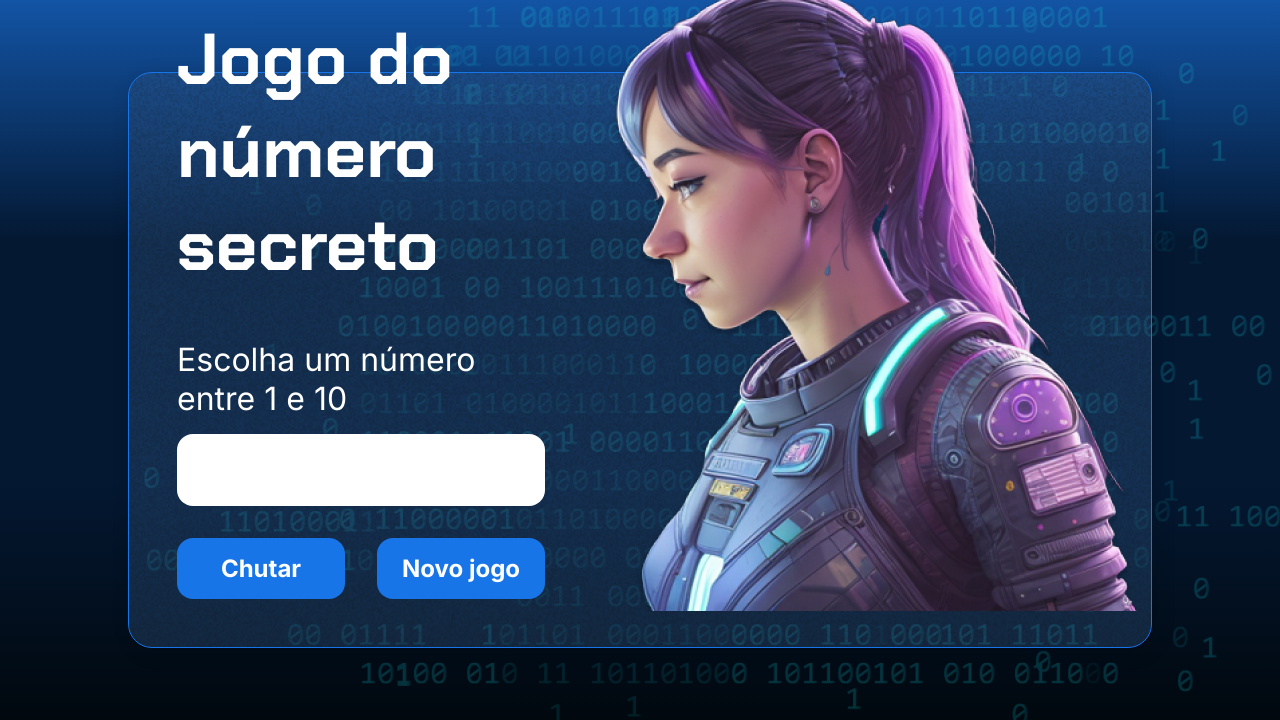
Repository: phsmottanerd/Jogo-Secreto
Page: index.html
An editor plug-in stored every save of this project. The page is shown before and after the next save, followed by the edit.
The browser window is 1280 px wide. The pictures show the whole page.

Above is the page before, as saved 2025-01-18 03:37:16.

After the next save:
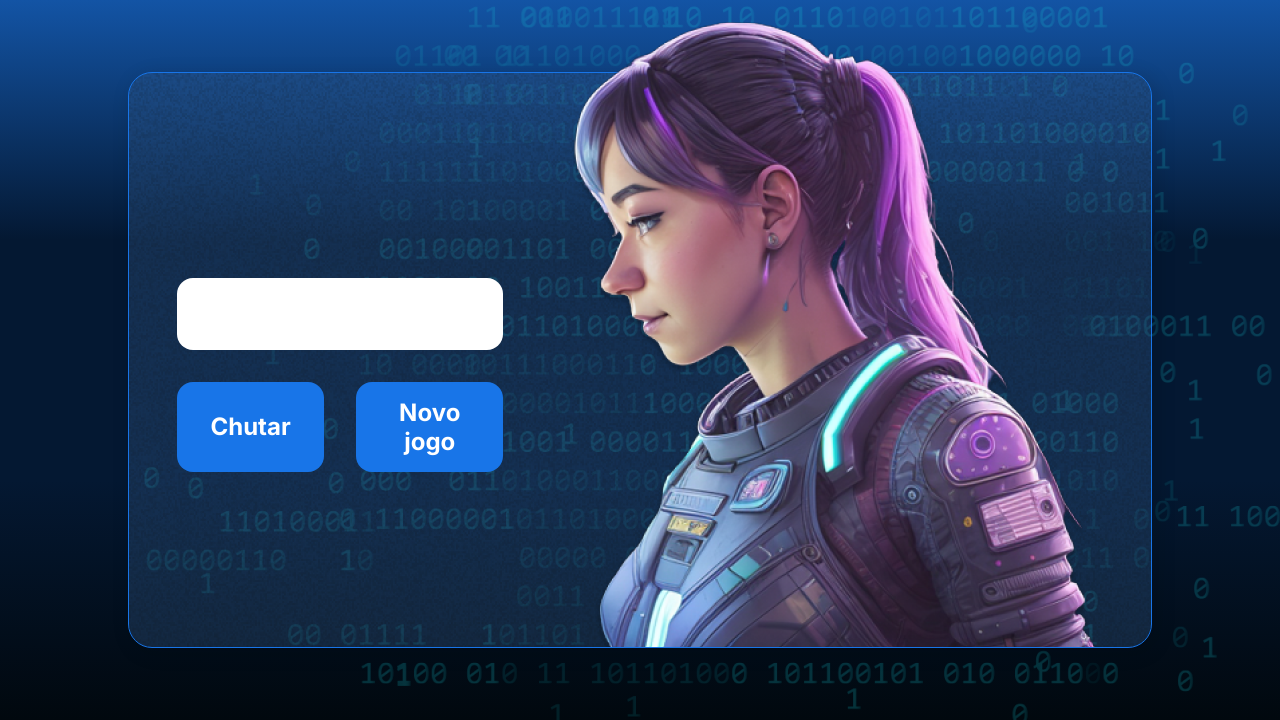
Saved 3 min 36 s later.
--- a/app.js
+++ b/app.js
@@ -6,9 +6,10 @@
    campo.innerHTML = texto;
 }
 
+function exibirMenssagemInicial(){
 exibirTextoNaTela('h1', 'Jogo do número secreto');
 exibirTextoNaTela('p', 'Escolha um número entre 1 e 10');
-
+}
 function verificarChute() {
    let chute = document.querySelector('input').value;
    if (chute == numeroSecreto) {

After the save that followed:
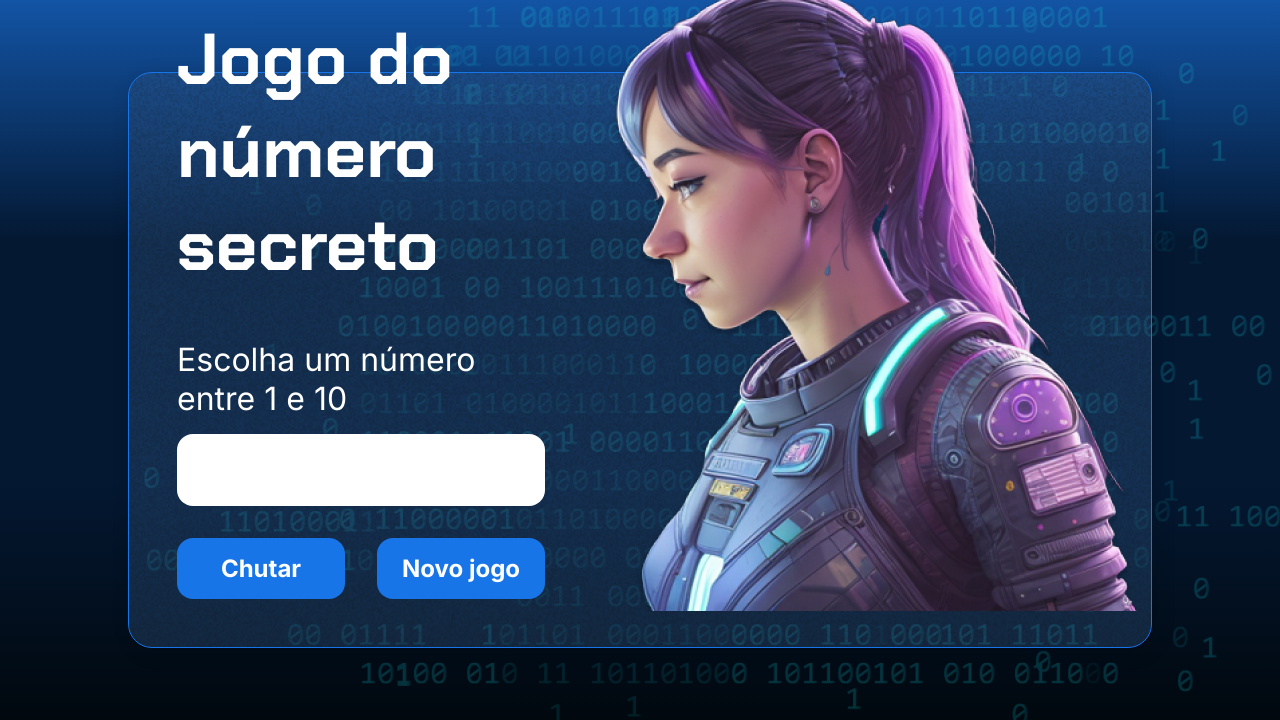
Saved 33 s later.
--- a/app.js
+++ b/app.js
@@ -7,9 +7,11 @@
 }
 
 function exibirMenssagemInicial(){
-exibirTextoNaTela('h1', 'Jogo do número secreto');
+}
+   exibirTextoNaTela('h1', 'Jogo do número secreto');
 exibirTextoNaTela('p', 'Escolha um número entre 1 e 10');
-}
+
+
 function verificarChute() {
    let chute = document.querySelector('input').value;
    if (chute == numeroSecreto) {
